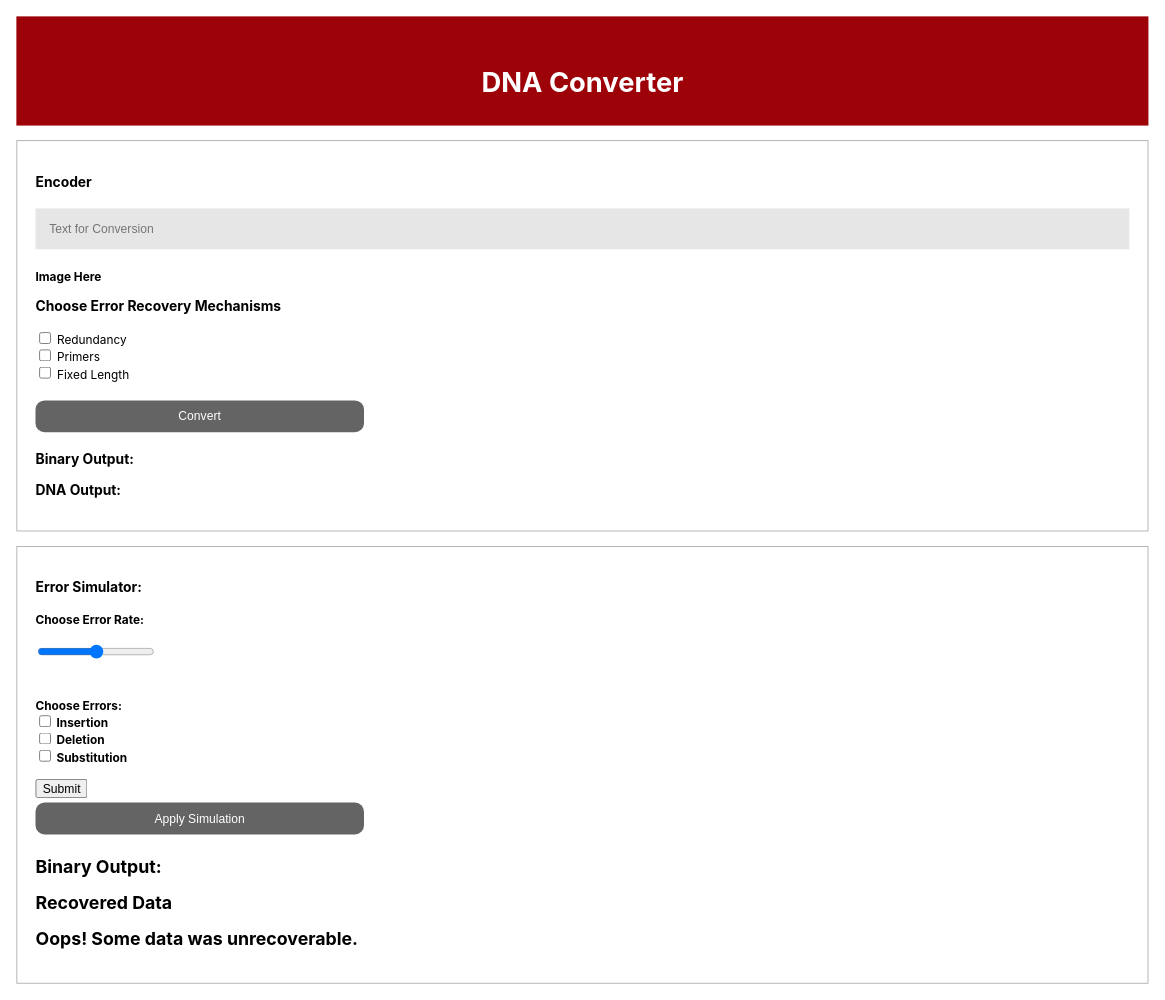
Repository: komalharjani/MSc-Thesis-DNA-Storage
Page: index.html
The author's editor kept a copy of each file at every save. The page is drawn from the files as they stood at one save, then again after the next save.
The browser window is 1280 px wide. The pictures show the whole page, at 91% of full size.

Above is the page before, as saved 2020-08-16 22:14:49.

### index.html
<!DOCTYPE html>
<html lang="en">

<head>
    <link href="index.css" rel="stylesheet">
    <meta charset="UTF-8">
    <meta name="viewport" content="width=device-width, initial-scale=1.0">
    <title>Document</title>
</head>

<body>
    <div id="LoginPage">
        <div class="header"><br>
            <h2> DNA Converter </h2>
        </div><br>

        <div class="loginContainer">
            <h3>Encoder</h3>
            <input type="text" placeholder="Text for Conversion" id="textToConvert" required class="input">
            <label for="text"><b>Image Here</b></label>
            <h3>Choose Error Recovery Mechanisms</h3>
            <form>
                <input type="checkbox" id="vehicle1" name="vehicle1" value="Bike">
                <label for="vehicle1"> Redundancy </label><br>
                <input type="checkbox" id="vehicle2" name="vehicle2" value="Car">
                <label for="vehicle2"> Primers </label><br>
                <input type="checkbox" id="vehicle3" name="vehicle3" value="Boat">
                <label for="vehicle3"> Fixed Length</label><br><br>
            </form>
            <button onclick="onSubmit()" id="submit">Convert</button>
            <h3 id=binOutput>Binary Output:</h3>
            <h3>DNA Output:</h3>

        </div><br>
        <div class="loginContainer">
            <h3>Error Simulator:</h3>
            <h4>Choose Error Rate:</h4>
            <input type="range" name="rangeInput" min="0" max="10" onchange="updateTextInput(this.value);">
            <input type="number" id="textInput" value="" class="range" max="10"><br>
            <h4>Choose Errors:</h4<br>
            <form>
                <input type="checkbox" id="vehicle1" name="vehicle1" value="Bike">
                <label for="vehicle1"> Insertion </label><br>
                <input type="checkbox" id="vehicle2" name="vehicle2" value="Car">
                <label for="vehicle2"> Deletion </label><br>
                <input type="checkbox" id="vehicle3" name="vehicle3" value="Boat">
                <label for="vehicle3"> Substitution </label><br><br>
                <input type="submit" value="Submit">
            </form>
            <button onclick="" id="error">Apply Simulation</button><br>
            <!--Take Error Rate from On Submit-->
            <h2>Binary Output:</h2>
            <h2>Recovered Data</h2>
            <h2>Oops! Some data was unrecoverable. </h2>
        </div>
    </div>

</body>
<script src="index.js"></script>

</html>

### index.css
body {
    background-color:white;
    resize: both;
    overflow: auto;
}

.labelText {
  width: 100%;
  padding: 15px;
  margin: 5px 0 22px 0;
  display: inline-block;
  border: none;
  background: #cacaca;
}

.search {
  width: 30%;
  padding: 15px;
  margin: 5px 0 22px 0;
  display: inline-block;
  border: none;
  background: #e6e6e6;
}

.runBtn {
  background-color: #000000;
  border: 1px solid #ffffff;
  color: rgb(255, 255, 255);
  padding: 14px 20px;
  margin-top: 5px;
  margin-bottom: 5px;
  margin-right: 2px;
  margin-left: 0;
  border: none;
  cursor: pointer;
  width: 100%;
  opacity: 0.9;
  font-size: 15px;
}

#map{
  height: 400px;
  width: 100%;
}

#profile {
  border-radius: 50%;
}

.profile {
    padding: 10px;
    text-align: center;
    height: auto;
}

/* Full-width input fields */
.input {
  width: 100%;
  padding: 15px;
  margin: 5px 0 22px 0;
  display: inline-block;
  border: none;
  background: #e6e6e6;
}

.range {
  margin: 5px 0 22px 0;
  display: inline-block;
  border: none;
  text-align: right;
}

li {
  width: 100%;
  padding: 15px;
  margin: 5px 0 22px 0;
  display: inline-block;
  border: none;
  background: #cacaca;
}

ul {
  padding: 0;
}


/* Add a background color when the inputs get focus */
input[type=text]:focus, input[type=password]:focus {
  background-color: rgb(184, 184, 184);
  outline: none;
}

/* button {
  background-color: #000000;
  color: rgb(255, 255, 255);
  padding: 14px 20px;
  margin: 8px;
  border: none;
  cursor: pointer;
  width: 30%;
  opacity: 0.9;
  border-radius: 20px;
} */

.loginContainer {
  width: 100%;
  float: center;
  padding: 20px;
  border: 0.5px solid #afafaf;
  height: auto;

}

/* Set a style for all buttons */
.button {
  background-color: #000000;
  color: rgb(255, 255, 255);
  padding: 10px;
  width: 100%;
  border: none;
  border-radius: 10px;
}

button {
  background-color: rgb(100, 100, 100);
  color: rgb(255, 255, 255);
  padding: 10px;
  width: 30%;
  margin-top: 5px;
  margin-bottom: 5px;
  margin-right: 2px;
  margin-left: 0;
  border: none;
  border-radius: 10px;
}

button:hover {
  opacity: 0.8;
}

/* Extra styles for the cancel button */
.cancelbtn {
  padding: 14px 20px;
  background-color: whitesmoke;
}

/* Float cancel and signup buttons and add an equal width */
.cancelbtn, .signupbtn {
  float: right;
  width: 100%;
}


/* Style the horizontal ruler */
hr {
  border: 1px solid #f1f1f1;
  margin-bottom: 25px;
}

/* Change styles for cancel button and signup button on extra small screens */
@media screen and (max-width: 300px) {
  .cancelbtn, .signupbtn {
     width: 100%;
  }
}
/* OLD BELOW!!!!! */

* {
    box-sizing: border-box;
  }

  /* Add a gray background color with some padding */
  body {
    font-family: -apple-system, BlinkMacSystemFont, 'Segoe UI', Roboto, Oxygen, Ubuntu, Cantarell, 'Open Sans', 'Helvetica Neue', sans-serif;
    padding: 10px;
    background: #ffffff;
    font-size: 13px;
  }
  table {
    font-family: arial, sans-serif;
    border-collapse: collapse;
    width: 100%;
  }

  td, th {
    border: 1px solid #dddddd;
    text-align: left;
    padding: 8px;
  }

  tr:nth-child(even) {
    background-color: #dddddd;
  }
  /* Header Title */
  .header {
    padding: 5px;
    font-size: 20px;
    text-align: center;
    background: #9d0208;
    color: white;
  }

  .login {
    width:300px;
    height:500px;
    position: fixed;
    top: 50%;
    left: 50%;
    margin-top: -125px;
    margin-left: -150px;
  }

  /* Split Screen into Columns */

  .rightcolumn {
    float: right;
    width: 50%;
    padding: 10px;
  }

  .leftcolumn {
    float: left;
    width: 20%;
    padding: 10px;
    background-color: rgb(255, 255, 255);
  }

  .left {
    float: right;
    width: 50%;
    background-color: rgb(255, 255, 255);
  }

  .right {
    float: right;
    width: 50%;
    background-color: rgb(255, 255, 255);
  }

  .centercolumn {
    float: left;
    width: 80%;
    padding: 10px;
    background-color: rgb(255, 255, 255);
  }

  .title {
    color: grey;
    font-size: 18px;
  }

  .rightcolumn {
    float: left;
    width: 30%;
    padding: 10px;
    background-color: rgb(255, 255, 255);
  }

  .box {
    background-color: rgb(255, 255, 255);
    width: 100%;
    padding: 15px;
  }


  .card {
     background-color: whitesmoke;
     padding: 15px;
  }

  .row:after {
    content: "";
    display: table;
    clear: both;
  }

  /* Footer */
  .footer {
    padding: 20px;
    text-align: center;
    background: #ddd;
    margin-top: 20px;
  }

  /* Responsive layout - when the screen is less than 800px wide, make the two columns stack on top of each other instead of next to each other */
  @media screen and (max-width: 800px) {
    .leftcolumn, .rightcolumn {
      width: 100%;
      padding: 0;
    }
  }

  tr:nth-child(even) {
    background-color: #3b37377c;
  }

  button:hover {
    opacity:1;
  }

  /* Extra styles for the cancel button */
  .cancelbtn {
    padding: 14px 20px;
    background-color: #000000;
  }

  /* Float cancel and signup buttons and add an equal width */
  .cancelbtn, .signupbtn {
    float: right;
    width: 100%;
  }

  .containerForm {
    width: 50%;
    float: left;
    padding: 10px;
    background-color: rgb(255, 255, 255);
  }

  /* Add padding to container elements */
  .container {
    width: 100%;
    float: left;
    padding: 10px;
    background-color: rgb(255, 255, 255);
  }

  #result {
    color: red;
  }

  .submitComment {
    background-color: white;
    color: black;
    border: 1px solid #888;
    width: 100%;
    float: right;
  }

  .submitComment :hover {
    background-color: rgb(138, 138, 138);
  }

  .readMore {
    background-color: rgb(216, 216, 216);;
    color: black;
    width: 40%;
    margin: 5px;
  }

  .logoutBtn {
    color: white;
    background-color: #9d0208 ;
    border: 1px solid rgb(255, 255, 255);
    margin: 10px;
  }

  .logoutBtn:hover {
    opacity: 0.7;
  }

  .register {
    color: black;
    background-color: white ;
    border: 1px solid rgb(255, 255, 255);
    margin: 10px;
    opacity: 0.8;
  }

  .register:hover {
    opacity: 1;
  }

  .runPostsStyle {
    background-color: rgb(255, 255, 255);
    padding: 20px;
    border-radius: 10px;
    margin-top: 20px;
    width: 100%;
    overflow: hidden;
    border: 1px solid rgb(0, 0, 0);
    columns: 2;
  }



  .commentPost {
    background-color: whitesmoke;
    padding: 20px;
    border-radius: 10px;
    margin-top: 20px;
    width: 100%;
    overflow: hidden;
  }

  .mapStyle {
    background-color: rgb(94, 0, 0);
    border-radius: 10px;
    width: 40%;
    height: 100px;
    border:solid black;
  }

  /* The Modal (background) */
  .modal {
    display: none; /* Hidden by default */
    position: fixed; /* Stay in place */
    left: 0;
    top: 0;
    width: 100%; /* Full width */
    height: 100%; /* Full height */
    overflow: auto; /* Enable scroll if needed */
    background-color:rgb(255, 255, 255);
    padding: 20px;
  }

  /* Modal Content/Box */
  .modal-content {
    background-color: #ffffff;
    margin: 5% auto 15% auto; /* 5% from the top, 15% from the bottom and centered */
    border: 1px solid #888;
    width: 80%; /* Could be more or less, depending on screen size */
  }

  .postTitle {
    font-size: 20px;
    font-weight: bold;
    color: #9d0208;
  }

  .dateDisplay {
    font-size: 20px;
    font-weight: bold;
  }

  .toFrom {
    font-size: 14px;
    font-weight: bold;
  }

  /* Style the horizontal ruler */
  hr {
    border: 1px solid #f1f1f1;
    margin-bottom: 25px;
  }

  /* The Close Button (x) */
  .close {
    position: absolute;
    right: 35px;
    top: 15px;
    font-size: 40px;
    font-weight: bold;
    color: #000000;
  }

  .close:hover,
  .close:focus {
    color: #ff8484;
    cursor: pointer;
  }

  /* Clear floats */
  .clearfix::after {
    content: "";
    clear: both;
    display: table;
  }

  /* Change styles for cancel button and signup button on extra small screens */
  @media screen and (max-width: 300px) {
    .cancelbtn, .signupbtn {
       width: 100%;
    }
  }

  .dropbtn {
    background-color: #E6E6E6;
    color: rgb(85, 85, 85);
    padding: 16px;
    font-size: 16px;
    border: none;
    width: 100px;
    cursor: pointer;
  }

  .dropbtn:hover, .dropbtn:focus {
    background-color: rgb(187, 187, 187);
  }

  .dropdown {
    position: relative;
    display: inline-block;
  }

  .dropdown-content {
    display: none;
    position: absolute;
    background-color: #f1f1f1;
    min-width: 160px;
    overflow: auto;
    box-shadow: 0px 8px 16px 0px rgba(0,0,0,0.2);
    z-index: 1;
  }

  .dropdown-content a {
    color: black;
    padding: 12px 16px;
    text-decoration: none;
    display: block;
  }

  .dropdown a:hover {background-color: #ddd;}

  .show {display: block;}

### index.js
let text = "Lorem Ipsum is simply dummy text of the printing and typesetting industry. Lorem Ipsum has been the industry's standard dummy text ever since the 1500s, when an unknown printer took a galley of type and scrambled it to make a type specimen book. It has survived not only five centuries, but also the leap into electronic typesetting, remaining essentially unchanged. It was popularised in the 1960s with the release of Letraset sheets containing Lorem Ipsum passages, and more recently with desktop publishing software like Aldus PageMaker including versions of Lorem Ipsum. Lorem Ipsum is simply dummy text of the printing and typesetting industry. Lorem Ipsum has been the industry's standard dummy text ever since the 1500s, when an unknown printer took a galley of type and scrambled it to make a type specimen book. It has survived not only five centuries, but also the leap into electronic typesetting, remaining essentially unchanged. It was popularised in the 1960s with the release of Letraset sheets containing Lorem Ipsum passages, and more recently with desktop publishing software like Aldus PageMaker including versions of Lorem Ipsum. Lorem Ipsum is simply dummy text of the printing and typesetting industry. Lorem Ipsum has been the industry's standard dummy text ever since the 1500s, when an unknown printer took a galley of type and scrambled it to make a type specimen book. It has survived not only five centuries, but also the leap into electronic typesetting, remaining essentially unchanged. It was popularised in the 1960s with the release of Letraset sheets containing Lorem Ipsum passages, and more recently with desktop publishing software like Aldus PageMaker including versions of Lorem Ipsum. Lorem Ipsum is simply dummy text of the printing and typesetting industry. Lorem Ipsum has been the industry's standard dummy text ever since the 1500s, when an unknown printer took a galley of type and scrambled it to make a type specimen book. It has survived not only five centuries, but also the leap into electronic typesetting, remaining essentially unchanged. It was popularised in the 1960s with the release of Letraset sheets containing Lorem Ipsum passages, and more recently with desktop publishing software like Aldus PageMaker including versions of Lorem Ipsum.";
console.log(text.length);
let noErrors = 4;
let binOutput;

/**
 * Called when convert is started
 */
function onSubmit() {

    //Add Length
    let input = addLength();
    binOutput = textToBinary(input);
    //binOutput = textToBinary(text);

    //ADDING ENCODING INFORMATION
    let dnaStringOutput = binaryToDNA(binOutput);
    console.log(dnaStringOutput);

    //add Primers
    let addedPrimers = addPrimers(dnaStringOutput);

    //Add Redundancy and Complement
    let cloneOne = addedPrimers.slice();
    let cloneTwo = addedPrimers.slice();
    let comp = addComplement(addedPrimers); //or dnaString Output
    //let cloneOne = dnaStringOutput.slice();
    //let cloneTwo = dnaStringOutput.slice();
    //let comp = addComplement(dnaStringOutput);
    //let reverse = cloneTwo.reverse();

    //Add Blocks
    let blocks = addBlocks(addPrimers);
    //errorSimulator(blocks);

    //ERROR SIMULATOR
    let cloneError = errorSimulator(cloneOne);
    let cloneTwoError = errorSimulator(cloneTwo);
    let dnaStringError = errorSimulator(addedPrimers);
    console.log(dnaStringError);
    let errorComp = errorSimulator(comp);

    // let rem = removePrimers(errorDNA);
    // let extractedLength = getLength(removePrimers); //call getLength from here
    // errorCorrectLength(extractedLength);

    //Call Error Correcting for Redundant
    let errorCorrection = errorCorrectRedundant(cloneError, dnaStringError, cloneTwoError);
    let errorCorrectionResult = dnaToBinary(errorCorrection);
    let convertedOutput = removePrimers(errorCorrectionResult);
    let decoded = decode(convertedOutput);
    binaryToText(decoded);
}

function imageToBinary(img) {
        var binArray = []
        var datEncode = "";

        for (i=0; i < data.length; i++) {
            binArray.push(data[i].charCodeAt(0).toString(2));
        }
        for (j=0; j < binArray.length; j++) {
            var pad = padding_left(binArray[j], '0', 8);
            datEncode += pad + ' ';
        }
        function padding_left(s, c, n) { if (! s || ! c || s.length >= n) {
            return s;
        }
        var max = (n - s.length)/c.length;
        for (var i = 0; i < max; i++) {
            s = c + s; } return s;
        }
        console.log(binArray);
}

/**
 * Converting User Inputted Text into Binary using ASCII Table
 * @param {*} text
 */
function textToBinary(text) {
    var length = text.length,
        output = [];
    for (var i = 0; i < length; i++) {
        var bin = text[i].charCodeAt().toString(2);
        output.push(Array(8 - bin.length + 1).join("0") + bin);
    }
    return output.join("");
}

/**
 * Converting Binary Output to DNA by Mapping 2 bits to A, G, C or T.
 * Mapping: A = 00, G = 01, C = 10, T = 11
 * @param {*} binOutput
 */
function binaryToDNA(binOutput) {
    // console.log(binOutput.length);
    let dnaArray = [];
    var twoBitsArray = []; //Array to hold binary elements, each element containing 2 bits
    var i = 0;
    var n = binOutput.length;

    while (i < n) {
        twoBitsArray.push(binOutput.slice(i, i += 2));
    }
    console.log(twoBitsArray);

    for (let i = 0; i < twoBitsArray.length; i++) {
        if (twoBitsArray[i] == "00") {
            dnaArray.push("A");
        }
        else if (twoBitsArray[i] == "01") {
            dnaArray.push("G");
        }
        else if (twoBitsArray[i] == "10") {
            dnaArray.push("C");
        }
        else if (twoBitsArray[i] == "11") {
            dnaArray.push("T");
        }
    }
    return dnaArray;
}

/**
 * Control 1: Remove Homopolymers and 'GC' repeats
 */
function removeHomopolymers() {

}

/**
 * Add a Payload
 * @param {*} dnaArray
 */
function addPrimers(dnaArray) {
    let stringed = dnaArray.join("");
    let primer = "AAAAA"; //Add Primer of 5 A's
    let dnaString = primer + stringed + primer;
    let textLength, dnaLength, binaryLength;
    return dnaString;
}

/**
 *
 */
function addLength() {
    let padding = "00000000";
    let textLength = text.length;
    let noNums = textLength.toString().length;
    let zeros = 8 - noNums;
    let zerosPadding = padding.slice(0, zeros);
    let final = zerosPadding + textLength;
    console.log(final);
    //length of DNA == 32 CHARACTERS AT THE END
    text = text + final;
    return text;
}

/**
 *
 */
function addBlocks() {

}


/**
 * Generate Complement of DNA String to be stored
 */
function addComplement(dnaArray) {

    let complement = [];
    for (let i = 0; i < dnaArray.length; i++) {
        if (dnaArray[i] == "A") {
            complement.push("T");
        }
        if (dnaArray[i] == "T") {
            complement.push("A");
        }
        if (dnaArray[i] == "C") {
            complement.push("G");
        }
        if (dnaArray[i] == "G") {
            complement.push("C");
        }
    }
    let comp = complement.join("");
    return comp;
}

/**
 * Error Simulator to delete random information
 * Attempting to mimic sequencing and synthesis errors in practice
 * @param {*} dnaString
 */
function errorSimulator(dnaString) { //does this have to deal with a string?
    let errorRate = Math.round(dnaString.length * noErrors / 1000); //error rate user input
    dnaArray = dnaString.split("");
    console.log(dnaArray);
    let min = 0; //change if errors should be concentrated at end
    for (let i = 0; i < errorRate; i++) { //for error rate
        let randomIndex = (Math.floor(Math.random() * dnaArray.length - min + 1) + min) + 1; //generate random index
        console.log(randomIndex);
        //min = randomIndex; //set minimum for sequential errors
        console.log(dnaArray[randomIndex + 1]);
        dnaArray.splice(randomIndex, 1); //remove element from string here
    }
    return dnaArray;
}

/**
 *
 * @param {*} dnaString
 */
function errorCorrectRedundant(cloneOne, errorDNA, cloneTwo,len) {

    let temp = [];
    let missing = [];

    let majority;

    let getLenClone = errorDNA.slice();
    let errorCorrectionResult = dnaToBinary(getLenClone);
    let convertedOutput = removePrimers(errorCorrectionResult);
    let decoded = decode(convertedOutput);
    binaryToText(decoded);
    let extractedLength = getLength(errorCorrectionResult); //call getLength from here
    console.log(extractedLength);
    console.log(getLenClone.length);

    let noErrors = (extractedLength - getLenClone.length) * 3;
    console.log(noErrors);


    while (noErrors > 0) {
        //Identifies the index of where the error has occured
        for (let j = 0; j < errorDNA.length; j++) {
            if (errorDNA[j] === cloneOne[j] && errorDNA[j] === cloneTwo[j]) {
                temp.push(errorDNA[j]);
            }
            else {
                missing.push({
                    original: errorDNA[j],
                    cloneOne: cloneOne[j],
                    cloneTwo: cloneTwo[j]
                })
                break;
            }
        }

        let indexToInsert = temp.length;
        //correct in missing

        for (let i = 0; i < missing.length; i++) {
            if (missing[i].original === missing[i].cloneOne) {
                majority = missing[i].original;
                cloneTwo.splice(indexToInsert, 0, majority);
                //return errorDNA, cloneOne, cloneTwo;
                //dnaToBinary(cloneTwo);
            }
            else if (missing[i].original === missing[i].cloneTwo) {
                majority = missing[i].original;
                cloneOne.splice(indexToInsert, 0, majority);
                //return errorDNA, cloneOne, cloneTwo;
                //dnaToBinary(cloneOne);
            }
            else if (missing[i].cloneTwo === missing[i].cloneOne) {
                majority = missing[i].cloneTwo;
                errorDNA.splice(indexToInsert, 0, majority);
                //return errorDNA, cloneOne, cloneTwo;
                //dnaToBinary(errorDNA);
            }
        }
        missing = [];
        temp = [];
        majority = "";
        noErrors--;
    }
    return errorDNA;

}


//Get Length of Binary --> must decode to get length
//decode original string
//remove primers
//call getLength
function getLength(decodedResult) {
    //decodedResult.splice(-5, 5); //remove primer from en
    let removeNum = decodedResult.length - 32;
    decodedResult.splice(0, removeNum);
    let extractedLength = decode(decodedResult);
    let finalNum = binaryToText(extractedLength);
    let num = finalNum.replace(/^0+/, '');
    let dnaLength = (num * 4) + 42;
    console.log(dnaLength);
    return dnaLength;
}

// function errorCorrectLength(len) {
//     let dnaLength = (len * 4) + 42;
//     console.log(dnaLength);
// }

/**
 * Convert error corrected string back to binary
 * @param {*} dnaString
 */
function dnaToBinary(dnaString) {
    let decodedResult = [];

    for (let i = 0; i < dnaString.length; i++) {
        if (dnaString[i] == "A") {
            decodedResult.push("00");
        }
        if (dnaString[i] == "G") {
            decodedResult.push("01");
        }
        if (dnaString[i] == "C") {
            decodedResult.push("10");
        }
        if (dnaString[i] == "T") {
            decodedResult.push("11");
        }
    }
    console.log(decodedResult);
    return decodedResult;
}


function removePrimers(convertedOutput) {
    //check if all A's and then splice
    convertedOutput.splice(0, 5); //remove primer from beginning
    convertedOutput.splice(-5, 5); //remove primer from end
    return convertedOutput;

}

function decode(convertedOutput) {
    let conv = convertedOutput.join("");
    // console.log(conv);

    let temp = [];
    var i = 0;
    var n = conv.length;

    while (i < n) {
        temp.push(conv.slice(i, i += 8));
    }

    // console.log(temp);
    temp = temp.join(" ");
    return temp;
}


/**
 * Map Binary back to text using ASCII character codes
 * @param {*} str
 */
function binaryToText(str) {
    // console.log(str);
    var binString = '';
    str.split(' ').map(function (bin) {
        binString += String.fromCharCode(parseInt(bin, 2));
    });
    console.log(binString);
    return binString;
}

After the next save:
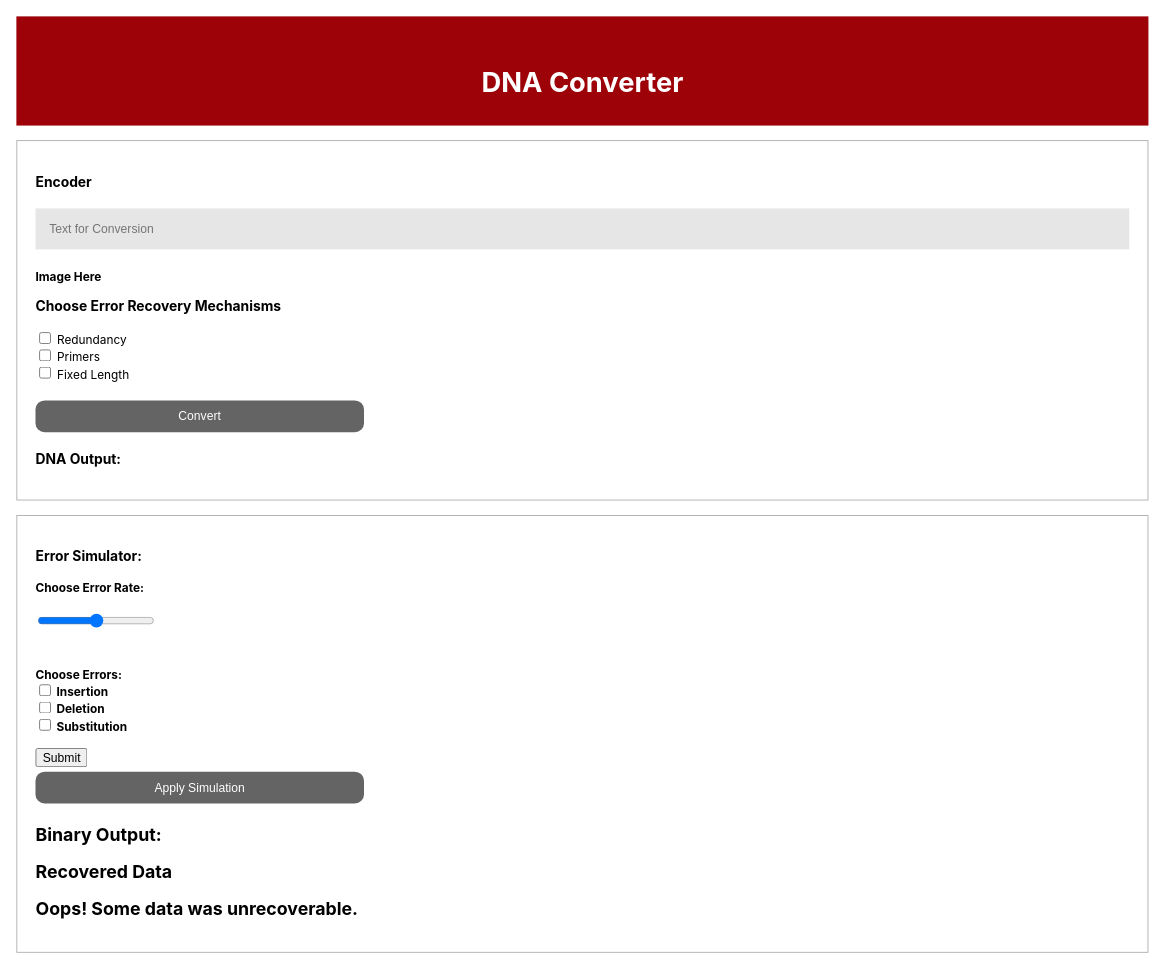
Saved 10 s later.
--- a/index.html
+++ b/index.html
@@ -28,7 +28,6 @@
                 <label for="vehicle3"> Fixed Length</label><br><br>
             </form>
             <button onclick="onSubmit()" id="submit">Convert</button>
-            <h3 id=binOutput>Binary Output:</h3>
             <h3>DNA Output:</h3>
 
         </div><br>
